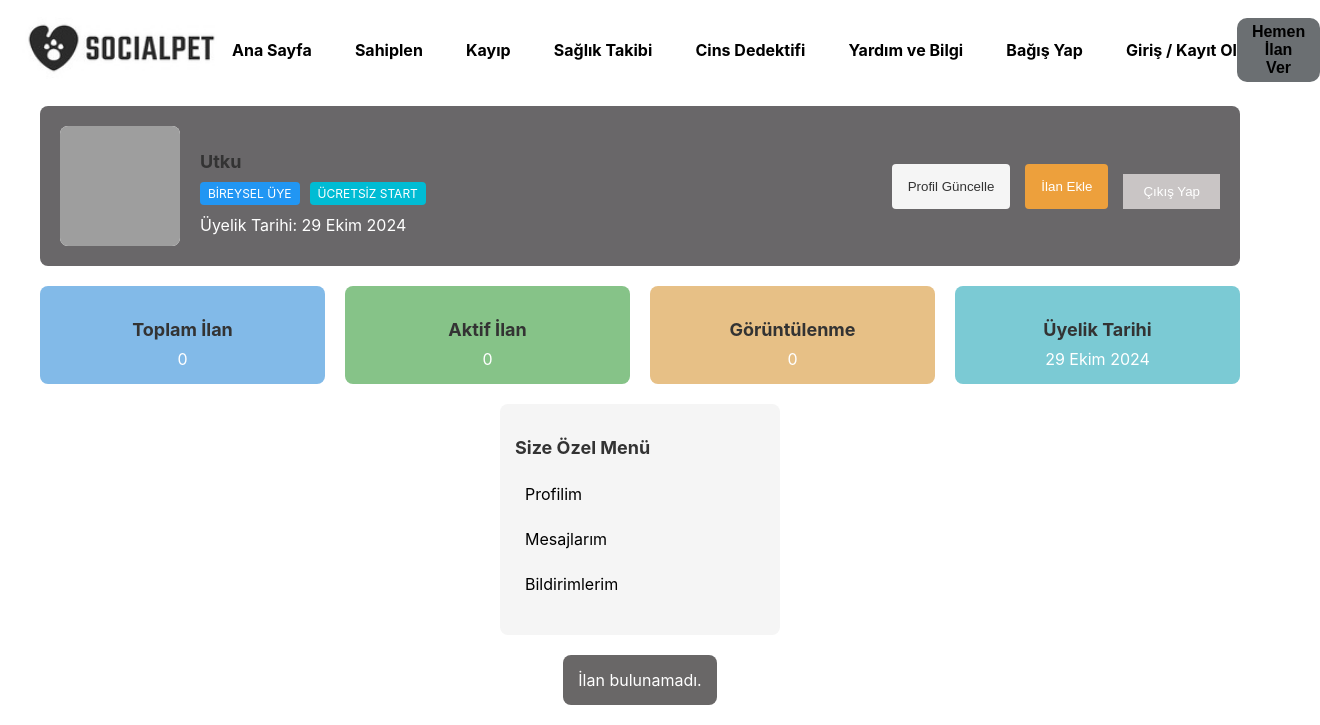
Repository: utkucaa/socialpet-frontend
Page: /profile (app in petweb/petweb/)
An editor plug-in stored every save of this project. The page is shown before and after the next save, followed by the edit.
The browser window is 1280 px wide. The page is 1320 px wide, so the pictures cover 1320 px, including what lies to the right of the window. The pictures show the whole page.
Pictures or frames that could not be fetched are drawn as grey boxes. The project was rebuilt for these pictures with package versions that can differ from the ones it lists, and the page was loaded fresh each time. Also part of the build but not shown: petweb/petweb/src/Components/Login/Login.jsx, petweb/petweb/src/Components/Intro/Intro.css, petweb/petweb/src/Components/Intro/Intro.jsx, petweb/petweb/src/Components/Register/Register.jsx, petweb/petweb/src/Components/Adoption/Header.css, petweb/petweb/src/Components/Adoption/Header.jsx, petweb/petweb/src/Components/Adoption/Stats.css, petweb/petweb/src/Components/Adoption/Stats.jsx and 30 more. Imported but missing from the stored project, and not drawn on this page: petweb/petweb/src/Components/AdoptionSteps.

Above is the page before, as saved 2025-01-09 22:17:22.

After the next save:
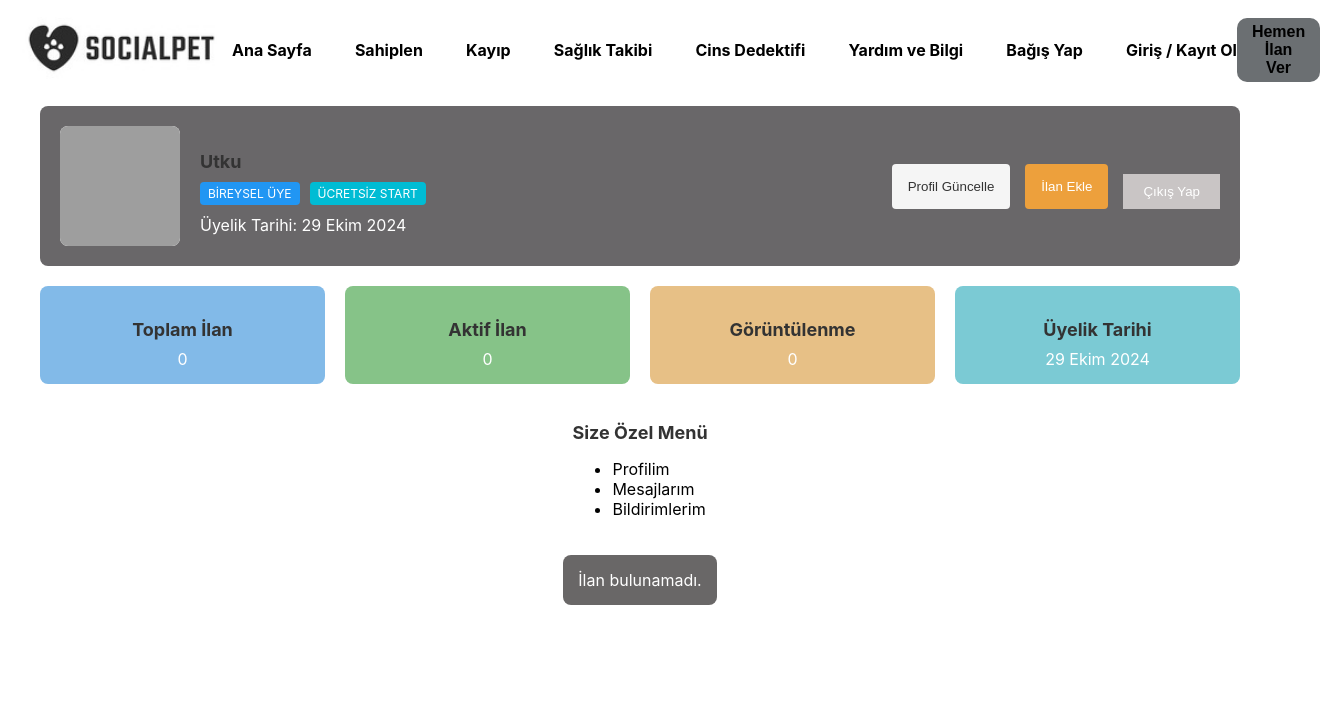
Saved 84 s later.
--- a/petweb/petweb/src/Components/Profile/ProfilePage.css
+++ b/petweb/petweb/src/Components/Profile/ProfilePage.css
@@ -112,19 +112,19 @@
   margin-top: 20px;
 }
 
-.side-menu {
+.side {
   width: 250px;
   background: #f5f5f5;
   padding: 15px;
   border-radius: 8px;
 }
 
-.side-menu ul {
+.side ul {
   list-style: none;
   padding: 0;
 }
 
-.side-menu li {
+.side li {
   padding: 10px;
   margin: 5px 0;
   cursor: pointer;
@@ -132,7 +132,7 @@
   transition: background-color 0.3s;
 }
 
-.side-menu li:hover {
+.side li:hover {
   background: #e0e0e0;
 }
 

After the save that followed:
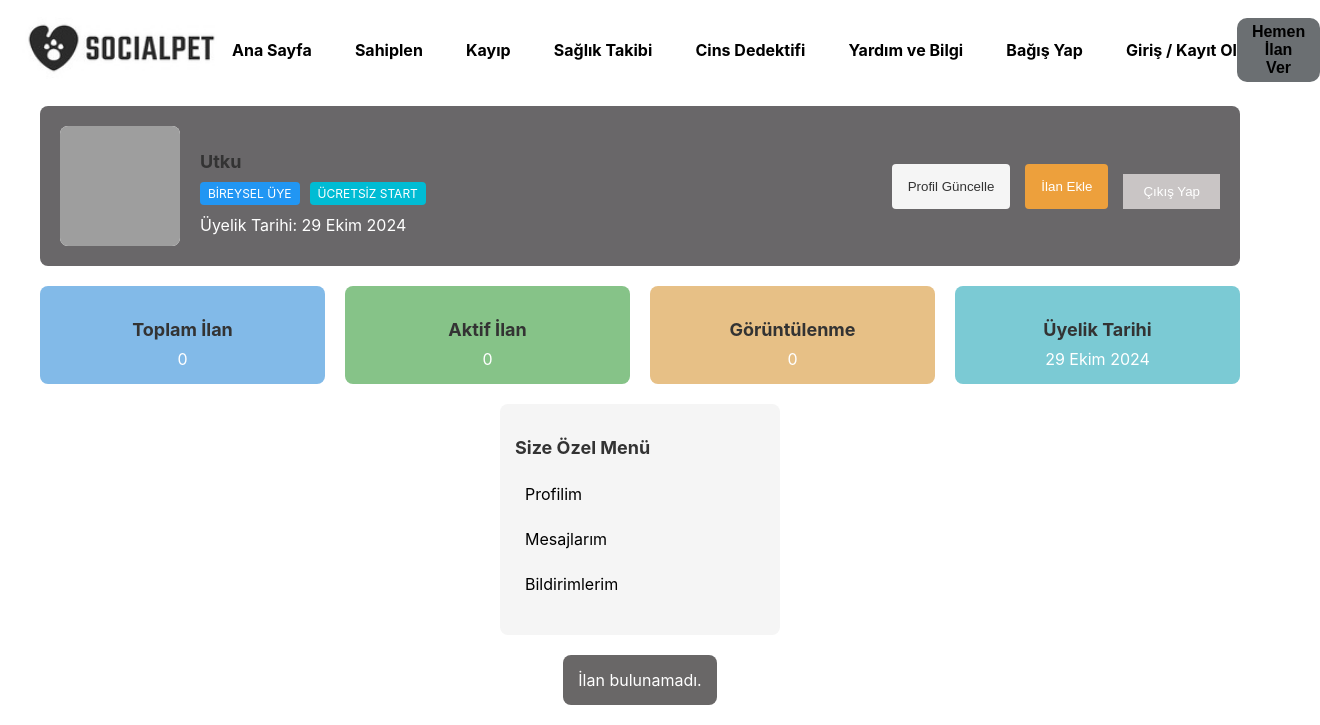
Saved 2 s later.
--- a/petweb/petweb/src/Components/Profile/ProfilePage.jsx
+++ b/petweb/petweb/src/Components/Profile/ProfilePage.jsx
@@ -84,7 +84,7 @@
 
       {/* Content Section */}
       <div className="content-section">
-        <div className="side-menu">
+        <div className="side">
           <h3>Size Özel Menü</h3>
           <ul>
             <li>Profilim</li>
